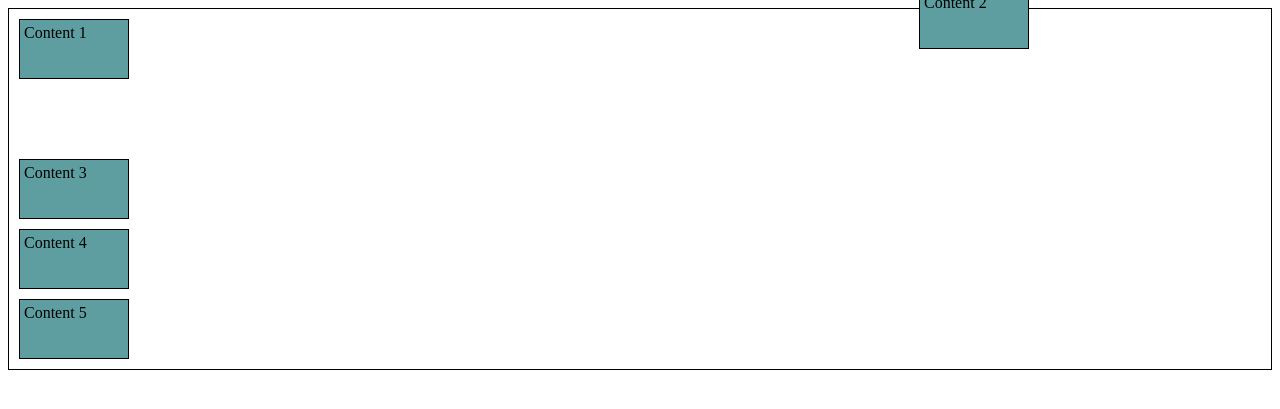
Repository: sammkrt/saltPrecourse
Page: css-trainingGround/cssPositioning.html
The author's editor kept a copy of each file at every save. The page is drawn from the files as they stood at one save, then again after the next save.
The browser window is 1280 px wide. The pictures show the whole page.

Above is the page before, as saved 2022-12-22 10:50:48.

After the next save:
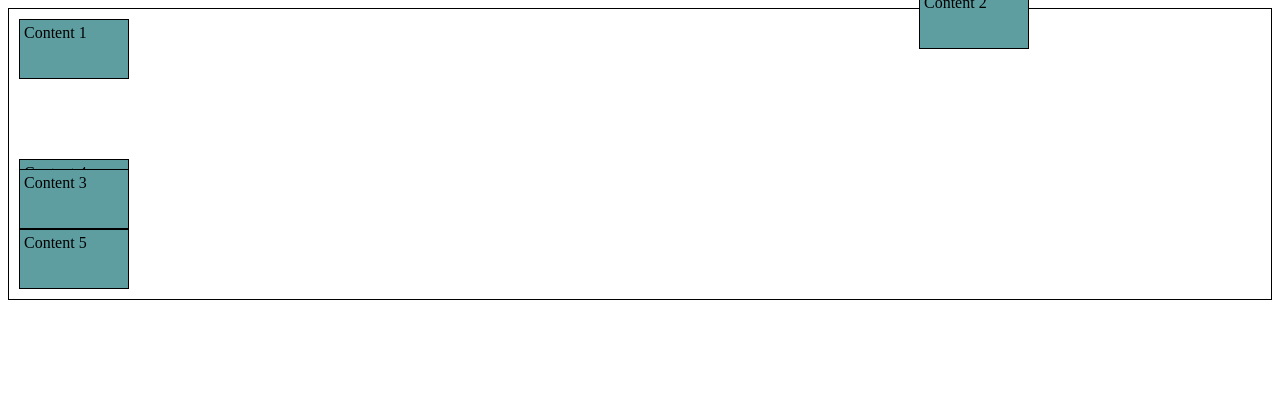
Saved 86 s later.
--- a/css-trainingGround/cssPositioning.html
+++ b/css-trainingGround/cssPositioning.html
@@ -19,13 +19,16 @@
             top: -100px;
             left: 900px;
         }
+        .fixedPositioning {
+            position: fixed;
+        }
     </style>
 </head>
 <body>
     <main>
         <div>Content 1</div>
         <div class="relativePositioning">Content 2</div>
-        <div>Content 3</div>
+        <div class="fixedPositioning">Content 3</div>
         <div>Content 4</div>
         <div>Content 5</div>
     </main>
